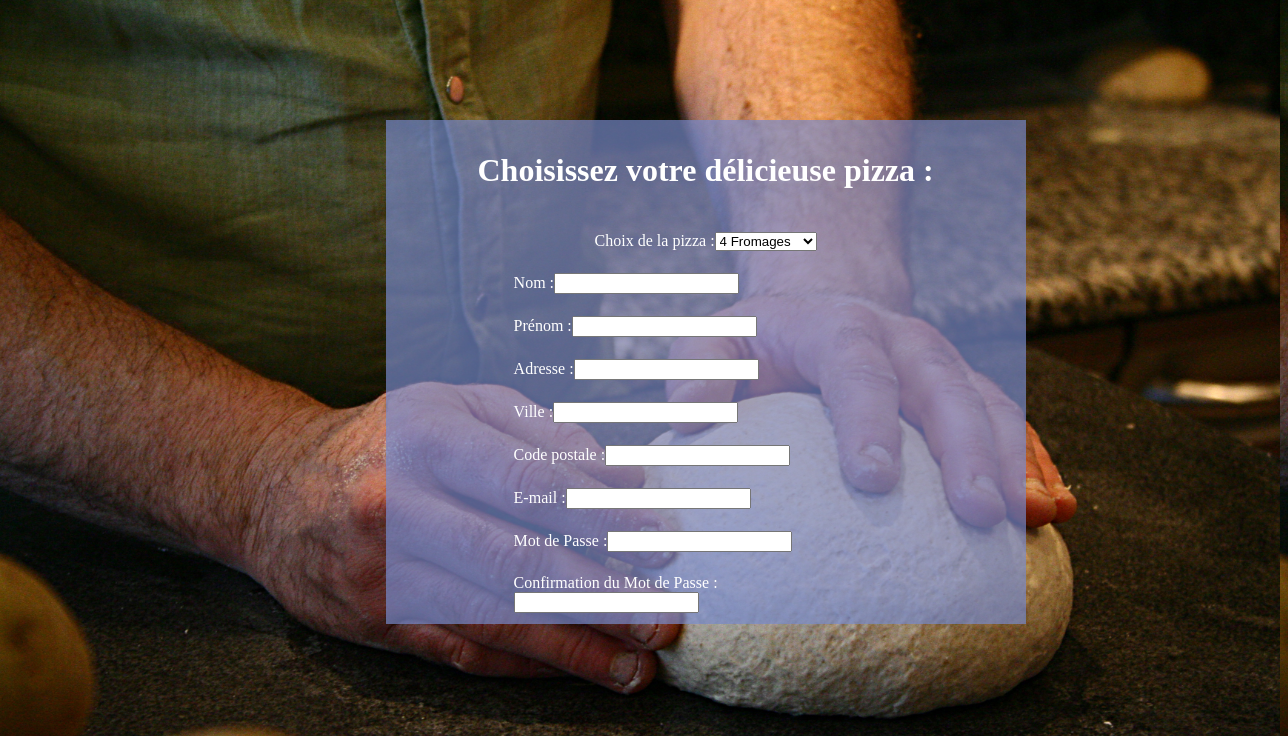
Repository: dev84-unalien/pippo_pizza
Page: commande.html
These files come from the project's save history. The page is drawn as it stood at one moment and after the next save; the edit follows.
The browser window is 1280 px wide. The page is 1288 px wide, so the pictures cover 1288 px, including what lies to the right of the window. The pictures show the whole page.

Above is the page before, as saved 2019-09-11 15:47:29.

### commande.html
<!DOCTYPE html>
<html lang="en">
<head>
    <meta charset="UTF-8">
    <meta name="viewport" content="width=device-width, initial-scale=1.0">
    <meta http-equiv="X-UA-Compatible" content="ie=edge">
    <title>pizzeria pippo</title>
    <link rel="stylesheet" href="commande.css">
    <script src="jquery-3.4.1.min.js"></script>
    <script src="commande.js"></script>

</head>

<body>
            <div id="cadrecommande">
                <h1>Choisissez votre délicieuse pizza :</h1>
                <div>Choix de la pizza :<select id = "choixpizza">
                        <option value="4fromage">4 Fromages</option>
                        <option value="chicago">Chicago</option>
                        <option value="florentine">Florentine</option>
                        <option value="forestiere">Forestière</option>
                        <option value="indienne">Indienne</option>
                        <option value="mozza">Mozza</option>
                        <option value="orientale">Orientale</option>
                        <option value="pom-magret">Pom-Magret</option>
                        <option value="romaine">Romaine</option>
                        <option value="royale">Royale</option>
                        <option value="savoyarde">Savoyarde</option>
                        <option value="sicilienne">Sicilienne</option>
                        <option value="vegetarienne">Végétarienne</option>
                    </select></div>

                    <div class="section">Nom :<input type="text" id="nom"></div>
                    <div class="section">Prénom :<input type="text"id="prenom"></div>
                    <div class="section">Adresse :<input type="text" id="Adresse"></div>
                    <div class="section">Ville :<input type="text" id="ville"></div>
                    <div class="section">Code postale :<input type="text" id="codepostale"></div>
                    <div class="section">E-mail :<input type="text" id="email"></div>
                    <div class="section">Mot de Passe :<input type="text" id="mdp"></div>
                    <div class="section">Confirmation du Mot de Passe :<input type="text" id="confirmmdp"></div>
                </div>




</body>

</html>

### commande.css
body {
    display: flex;
    height: 100vh;
    width: 100vw;
    background-image: url("images/ajoutpizza.jpg");
    justify-content: center;
    align-items: center;
    background-size: 100vw;
  }
  #cadrecommande {
    display: flex;
    flex-direction: column;
    justify-content: space-around;
    align-items: center;
    width: 50vw;
    height: 70vh;
    background-color: rgba(120, 139, 204, 0.685);
    margin-left: 9vw;
    margin-top:1vh;
    color: white;
  }
  .section{
      width: 30vw;
  }

Loaded but not shown: jquery-3.4.1.min.js (library); commande.js (no stored copy; drawn as an empty file)

After the next save:
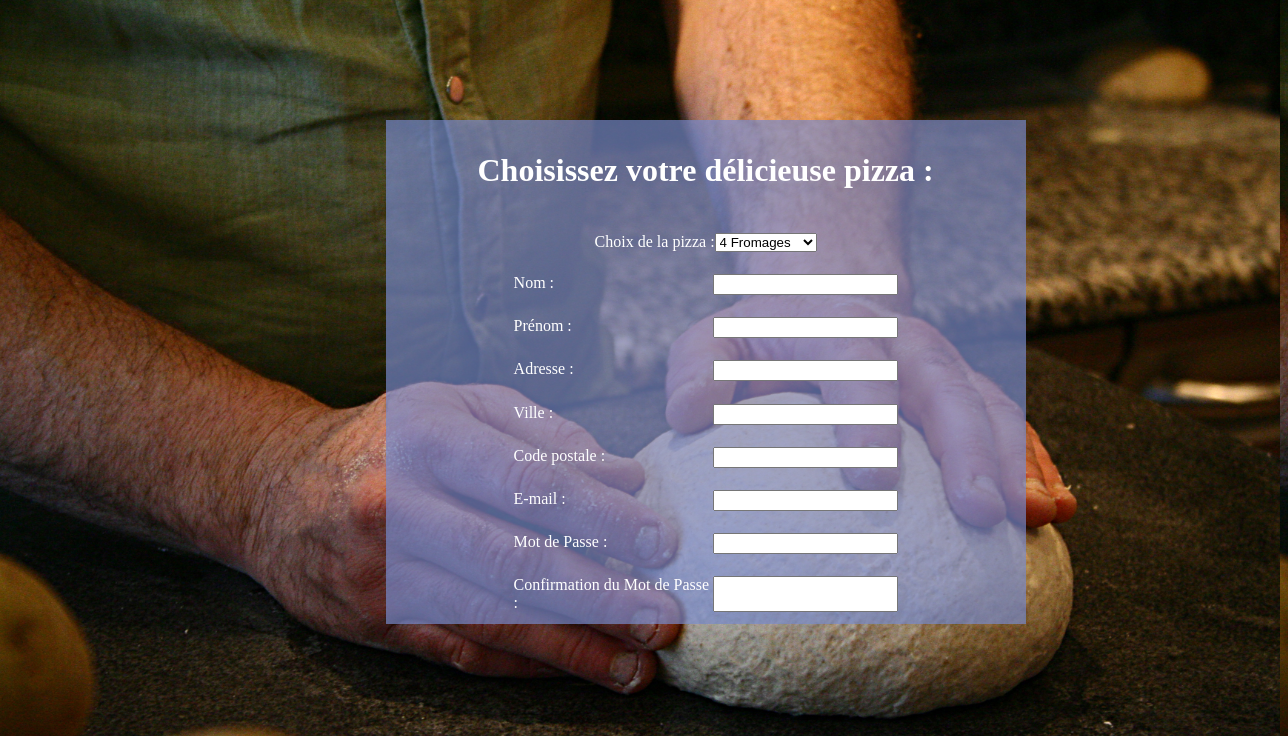
Saved 82 s later.
--- a/commande.css
+++ b/commande.css
@@ -20,5 +20,9 @@ body {
     color: white;
   }
   .section{
+      display: flex;
+      justify-content: space-between;
       width: 30vw;
+
+
   }
